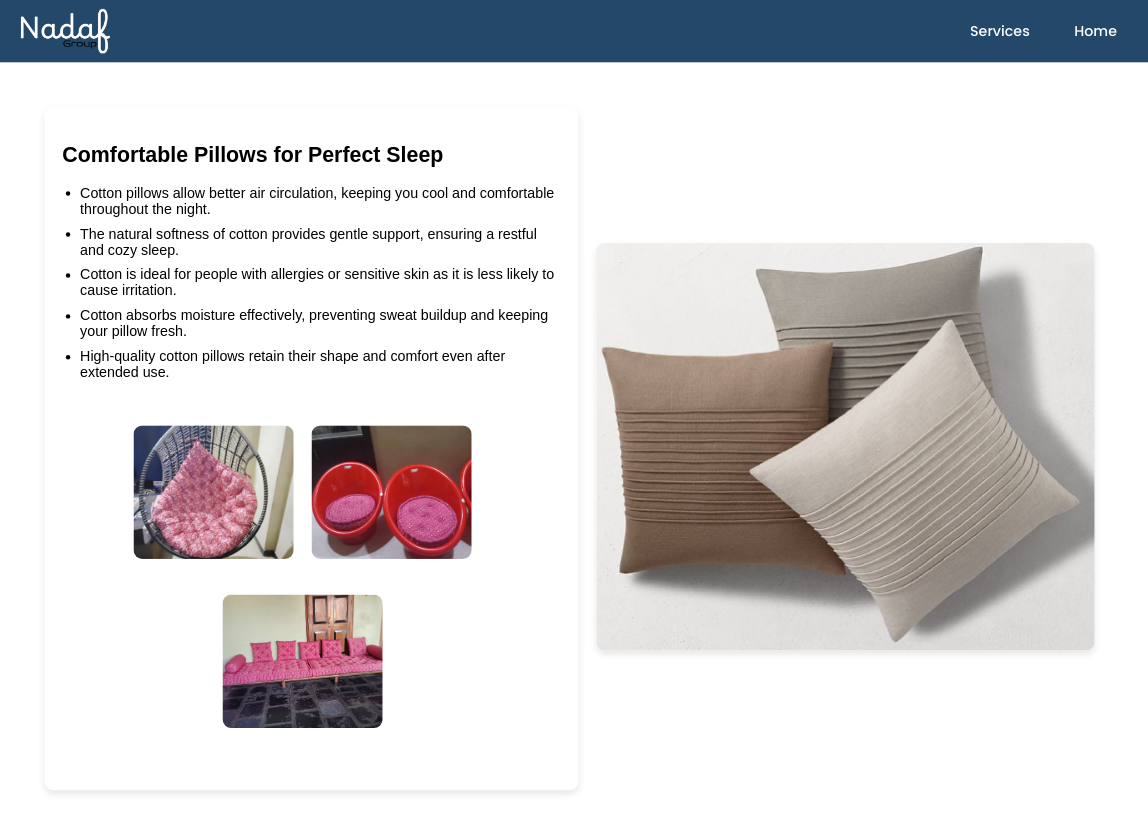
Repository: nadafgroup/rashidgadiUI
Page: src/pillow.html
An editor plug-in stored every save of this project. The page is shown before and after the next save, followed by the edit.
The browser window is 1280 px wide. The page is 1290 px wide, so the pictures cover 1290 px, including what lies to the right of the window. The pictures show the whole page, at 89% of full size.

Above is the page before, as saved 2025-01-30 17:31:23.

After the next save:
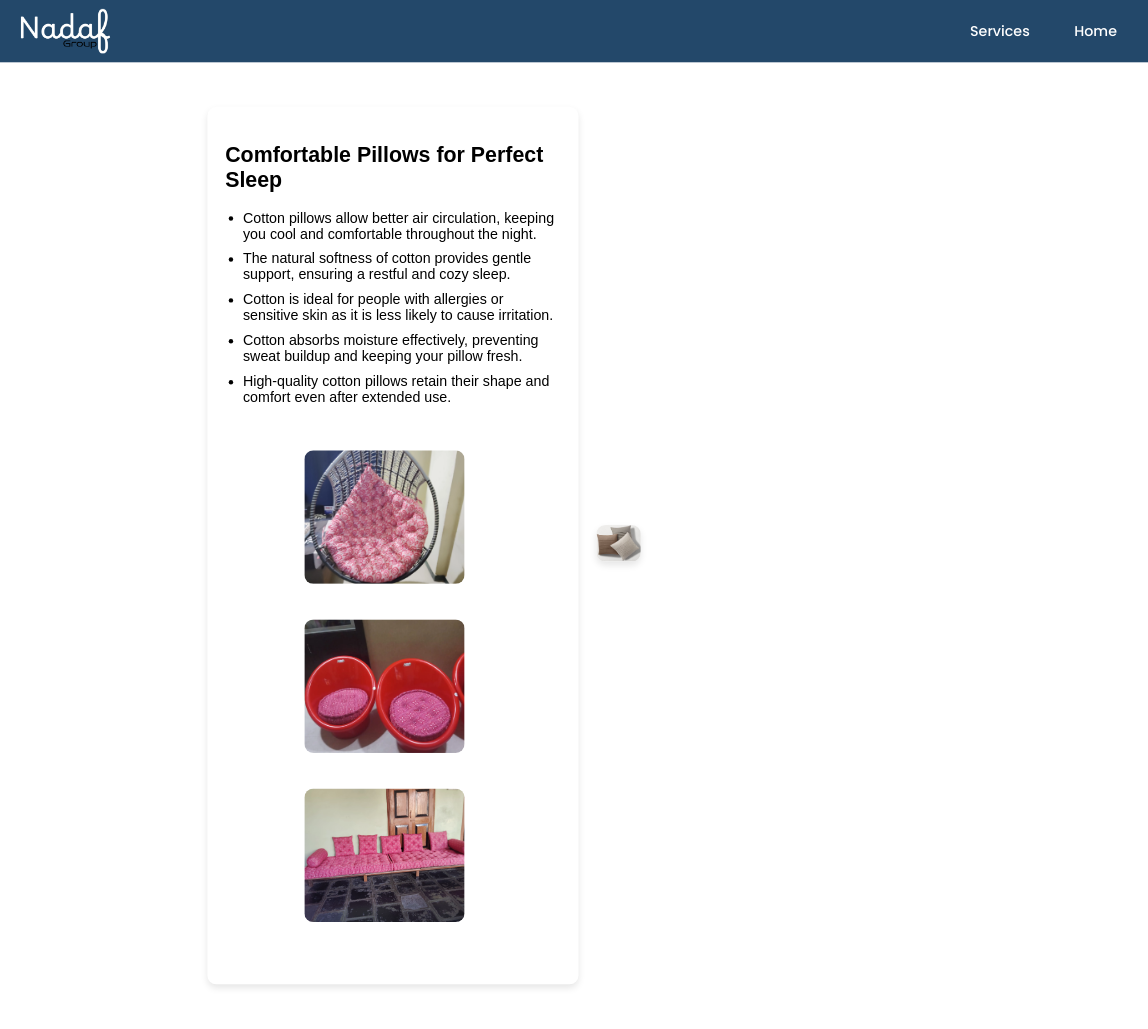
Saved 3 min 59 s later.
--- a/src/pillow.html
+++ b/src/pillow.html
@@ -52,7 +52,7 @@
         </div>
 
         <div class="image-container">
-            <img src="../assets/img/pillow.webp" alt="Mattress">
+            <img src="../assets/img/pillow.webp" alt="Mattress" style="width: 50px;">
         </div>
     </div>
 

After the save that followed:
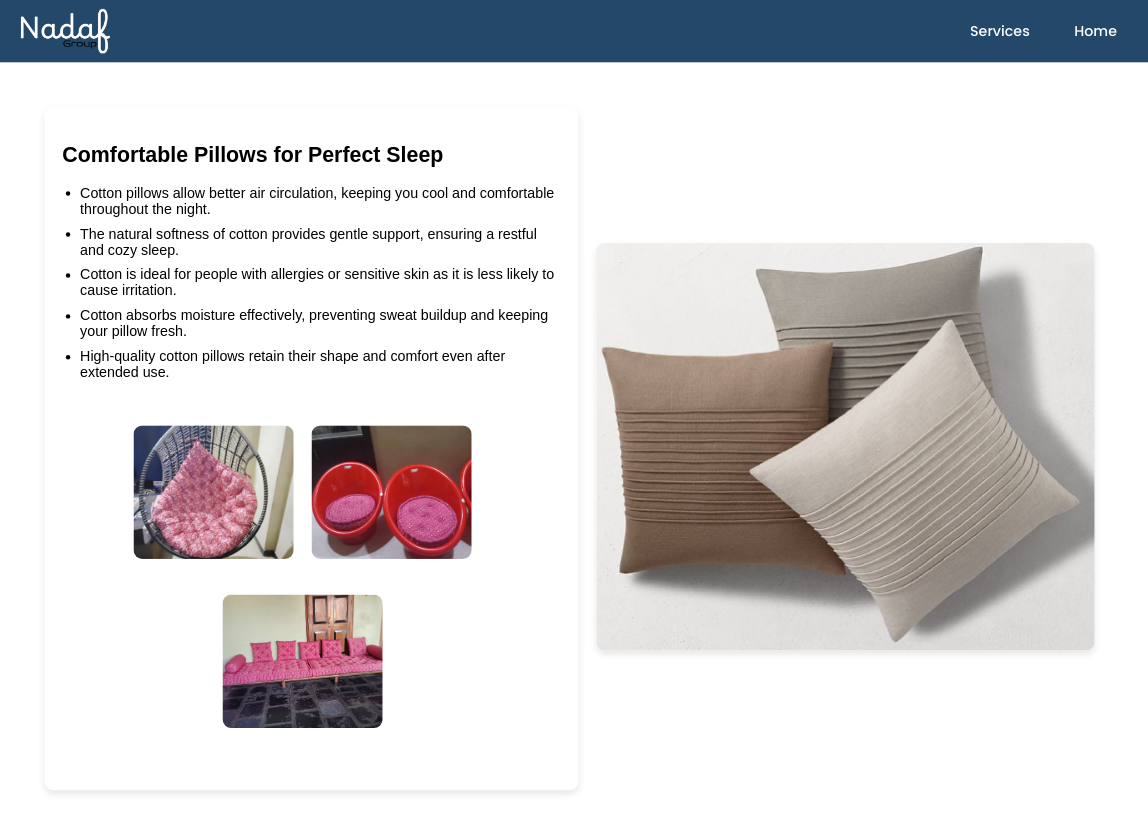
Saved 33 s later.
--- a/src/pillow.html
+++ b/src/pillow.html
@@ -52,7 +52,7 @@
         </div>
 
         <div class="image-container">
-            <img src="../assets/img/pillow.webp" alt="Mattress" style="width: 50px;">
+            <img src="../assets/img/pillow.webp" alt="Mattress" >
         </div>
     </div>
 
